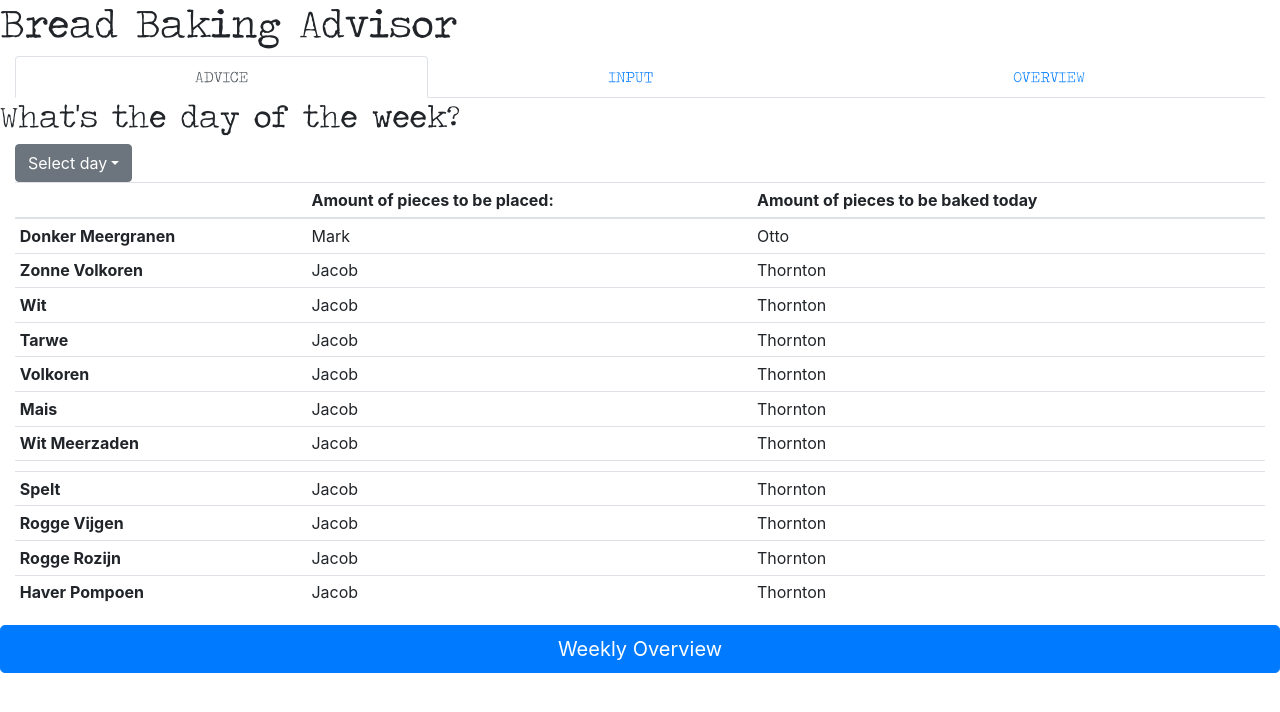
Repository: MarthGimenzo/bread-baking-advisor
Page: index.html
The author's editor kept a record of every edit. The page is drawn from the files as they stood at one moment, then again after the next edit.
The browser window is 1280 px wide. The pictures show the whole page.

Above is the page before.

After the next edit:
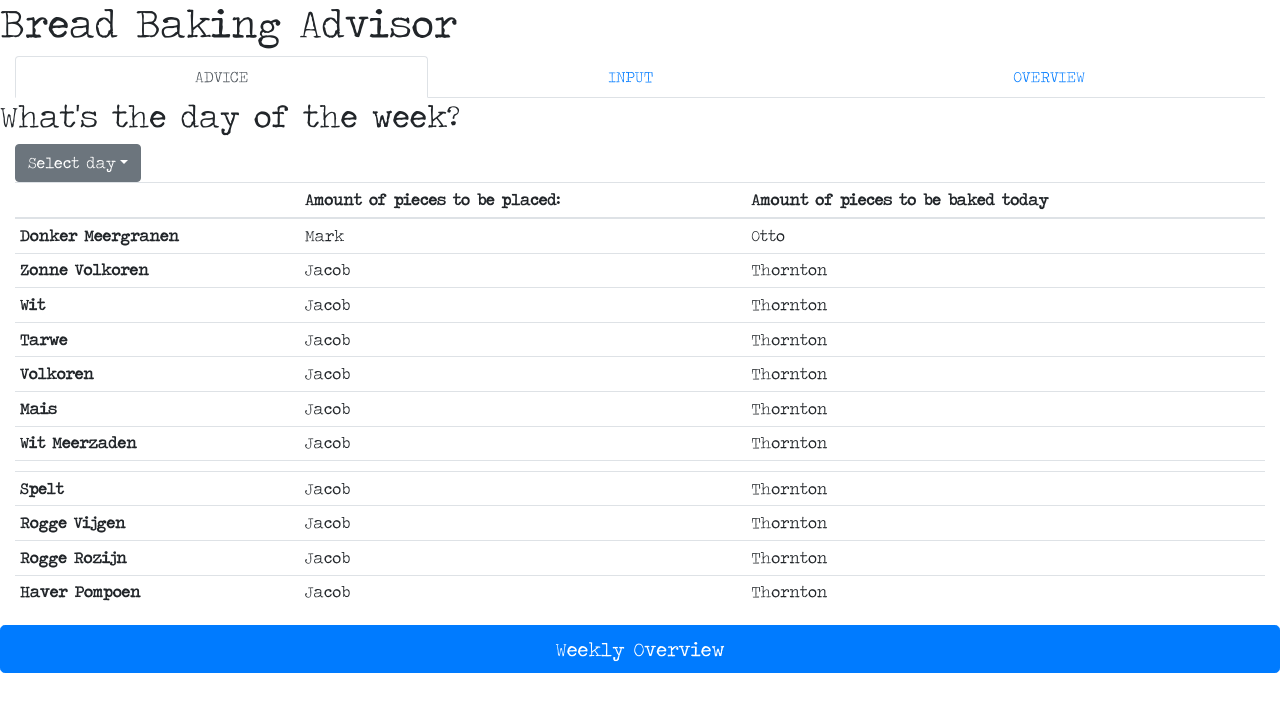
The edit:
--- a/assets/css/stylesheet.css
+++ b/assets/css/stylesheet.css
@@ -8,7 +8,10 @@
     font-style: normal;
 
 }
+body {
+    font-family: 'traveling__typewriterregular', Arial, sans-serif;
 
+}
 h1 {
     font-family: 'traveling__typewriterregular', Arial, sans-serif;
 
